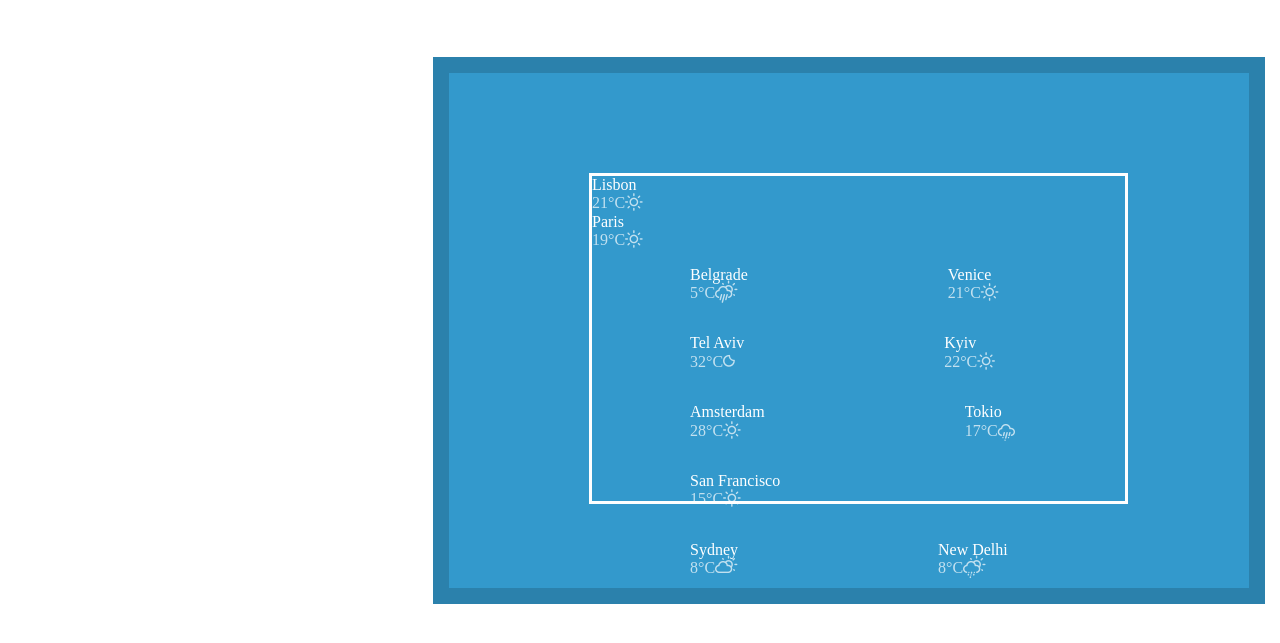
Repository: shpakovskaya/github.io
Page: boxsizing/weatherforecast/index.html
An editor plug-in stored every save of this project. The page is shown before and after the next save, followed by the edit.
The browser window is 1280 px wide. The pictures show the whole page.

Above is the page before, as saved 2021-11-27 22:09:00.

After the next save:
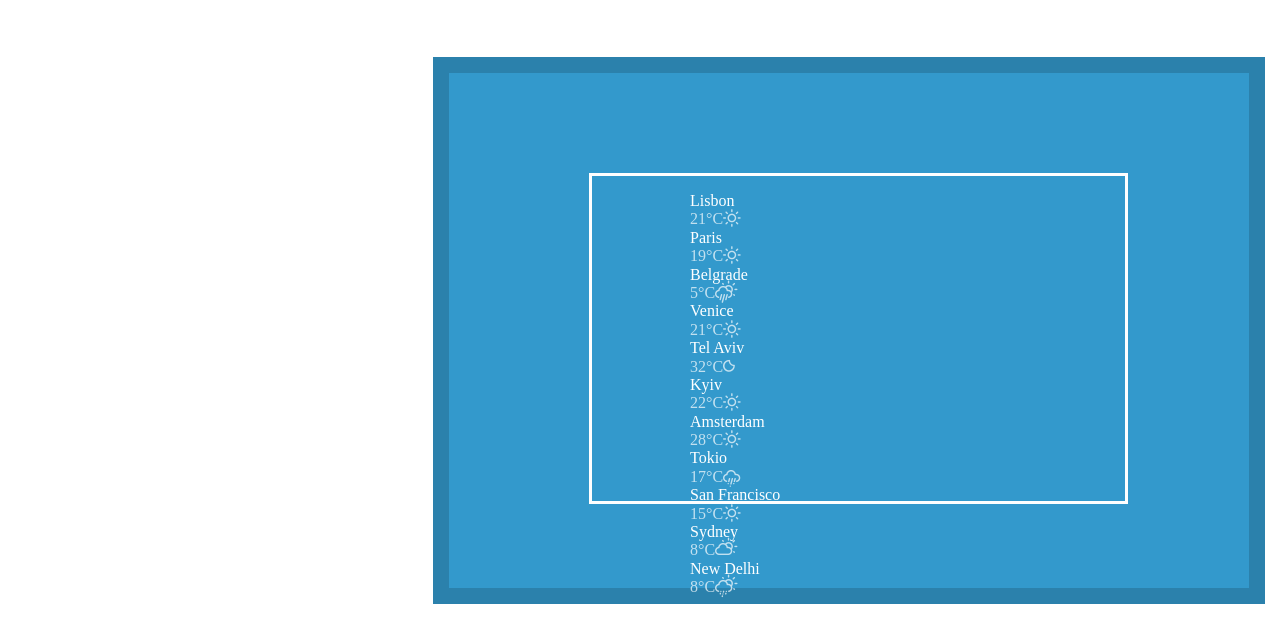
Saved 46 s later.
--- a/boxsizing/weatherforecast/style.css
+++ b/boxsizing/weatherforecast/style.css
@@ -33,7 +33,7 @@ span {
   opacity: 0.7;
 }
 
-.e-item {
+.c-items__wrapper {
   display: inline-block;
   align-items: center;
   padding: 16px 98px;
